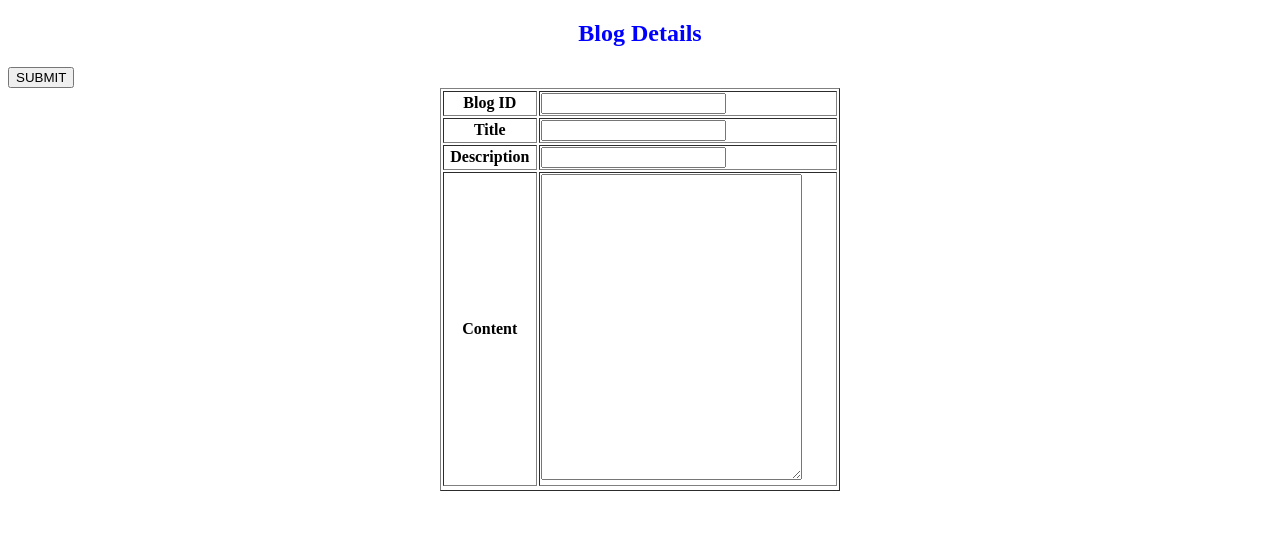
Repository: choubeyshubham018/CompleteJavaQuestions
Page: http://localhost/Ques_17_ServletBlogApplication/blog.jsp
An editor plug-in stored every save of this project. The page is shown before and after the next save, followed by the edit.
The browser window is 1280 px wide. The pictures show the whole page.
The page is served by Tomcat 9.

Above is the page before, as saved 2023-09-19 07:21:27.

After the next save:
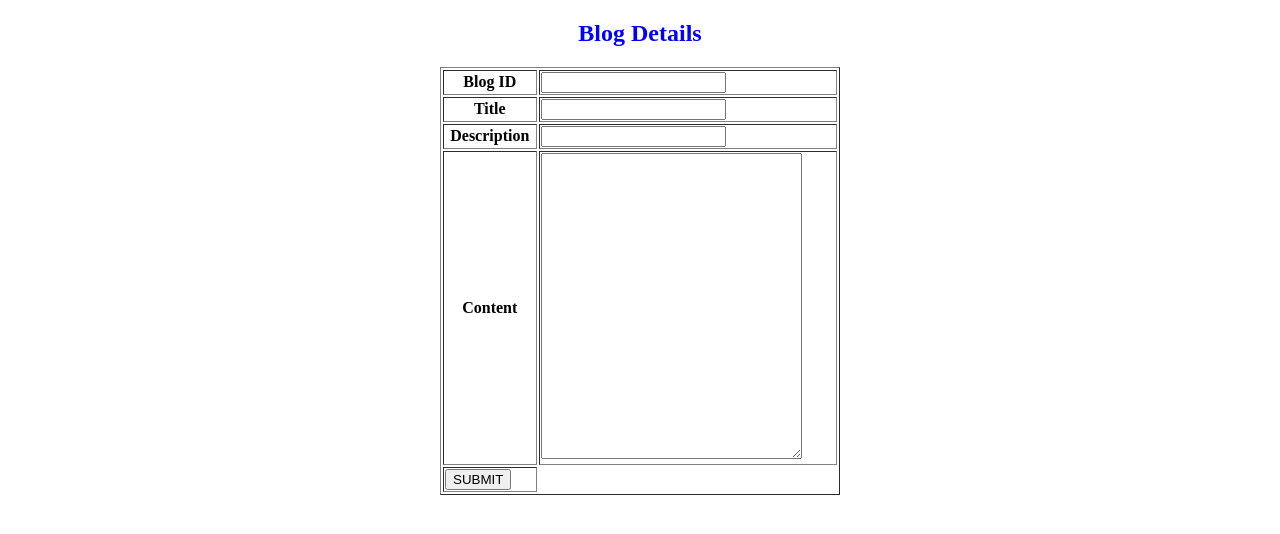
Saved 26 s later.
--- a/Servlet Assignment/Ques_17_ServletBlogApplication/src/main/webapp/blog.jsp
+++ b/Servlet Assignment/Ques_17_ServletBlogApplication/src/main/webapp/blog.jsp
@@ -28,7 +28,9 @@
 	<td><textarea rows="20" cols="30" name="content"></textarea></td>
 </tr>
 <tr>
+<td>
 <input type="submit" value="SUBMIT" >
+</td>
 </tr>
 </table>
 </form>
